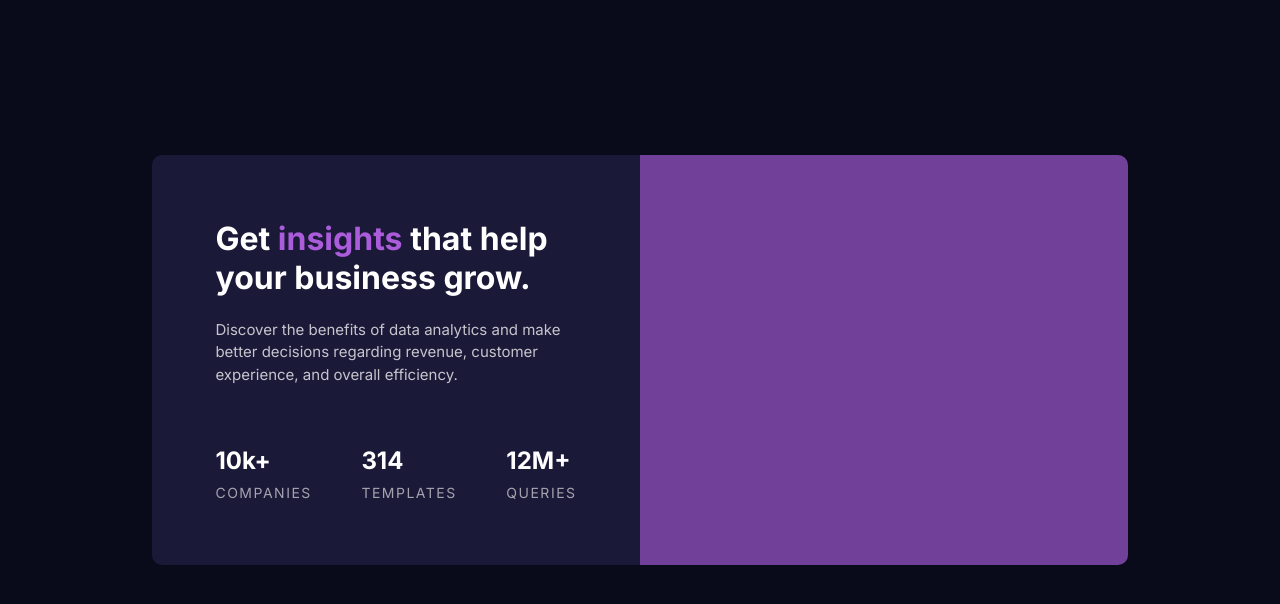
Repository: keisewarsame/stats-preview-frontendmentor
Page: index.html
The author's editor kept a copy of each file at every save. The page is drawn from the files as they stood at one save, then again after a run of saves.
The browser window is 1280 px wide. The pictures show the whole page.

Above is the page before, as saved 2022-07-12 14:30:45.

### index.html
<!DOCTYPE html>
<html lang="en">
<head>
  <meta charset="UTF-8">
  <meta name="viewport" content="width=device-width, initial-scale=1.0"> <!-- displays site properly based on user's device -->
  <link rel="icon" type="image/png" sizes="32x32" href="./images/favicon-32x32.png">
  <link rel="stylesheet" href="styles.css">
  <title>Frontend Mentor | Stats preview card component</title>
</head>
<body>
    <div class="container">
        <div class="wrapper">
            <div class="text-component">
                <h1 class="title">Get <span>insights</span> that help your business grow.</h1>
                <p class="subtitle">Discover the benefits of data analytics and make better decisions regarding revenue, customer experience, and overall efficiency.</p>
                <div class="stats-component">
                    <div>
                        <p class="num">10k+</p>
                        <p class="stats-sub">Companies</p>
                    </div>
                    <div>
                        <p class="num">314</p>
                        <p class="stats-sub">Templates</p>
                    </div>
                    <div>
                        <p class="num">12M+</p>
                        <p class="stats-sub">Queries</p>
                    </div>
                </div>
            </div>
            <div class="image-component">
                <!-- <img src="/images/image-header-desktop.jpg" alt=""> -->
            </div>
        </div>
    </div>
</body>
</html>

### styles.css
@import url('https://fonts.googleapis.com/css2?family=Inter:wght@400;700&family=Lexend+Deca&display=swap');

* {
    margin: 0;
    padding: 0;
}

body {
    font-family: 'Inter', sans-serif;
    display: flex;
    align-items: center;
    min-height: 100vh;
    background-color: hsl(233, 47%, 7%);
}

.container {
    margin: 0 auto;
    max-width: 1040px;
}

.wrapper {
    background-color: hsl(244, 38%, 16%);
    display: grid;
    grid-template-columns: 1fr 1fr;
    border-radius: 10px;
    overflow: hidden;
    margin: 2rem;
}

.text-component {
    padding: 13%;
    font-family: 'Inter', sans-serif;
}

.title {
    color: hsl(0, 0%, 100%);
    padding-bottom: 22px;
    font-weight: 700;
}

.title span {
    color: hsl(277, 64%, 61%)
}

.subtitle {
    color: hsla(0, 0%, 100%, 0.75);
    line-height: 1.5;
    font-size: 15px;
}

.stats-component {
    display: flex;
    justify-content: space-between;
    padding-top: 60px;
}

.num {
    color: hsl(0, 0%, 100%);
    font-weight: 700;
    font-size: 24px;
    margin-bottom: 9px
}

.stats-sub {
    text-transform: uppercase;
    color: hsla(0, 0%, 100%, 0.6);
    font-size: 14px;
    letter-spacing: 1.5px;
}



.image-component {
    position: relative;
    back
}

img {
    height: 100%;
    width: 100%;
}

.image-component::after {
    position: absolute;
    content: '';
    height: 100%;
    width: 100%;
    top: 0;
    right: 0;
    background-color: hsla(277, 64%, 61%, 0.6);;
}

@media screen and (max-width: 425px) {
    body {
        text-align: center;
    }
    .wrapper {
        grid-template-columns: 1fr;
    }

    .image-component {
        order: -1;
    }

    .stats-component {
        flex-direction: column;
    }

    .text-component {
        padding: 12% 8%;
    }

    .title {
        line-height: 1.1;
    }

    .stats-component div {
        margin-bottom: 40px;
    }

    .subtitle {
        font-size: 16px;
        font-family: ;
    }
}

After the next 3 saves:
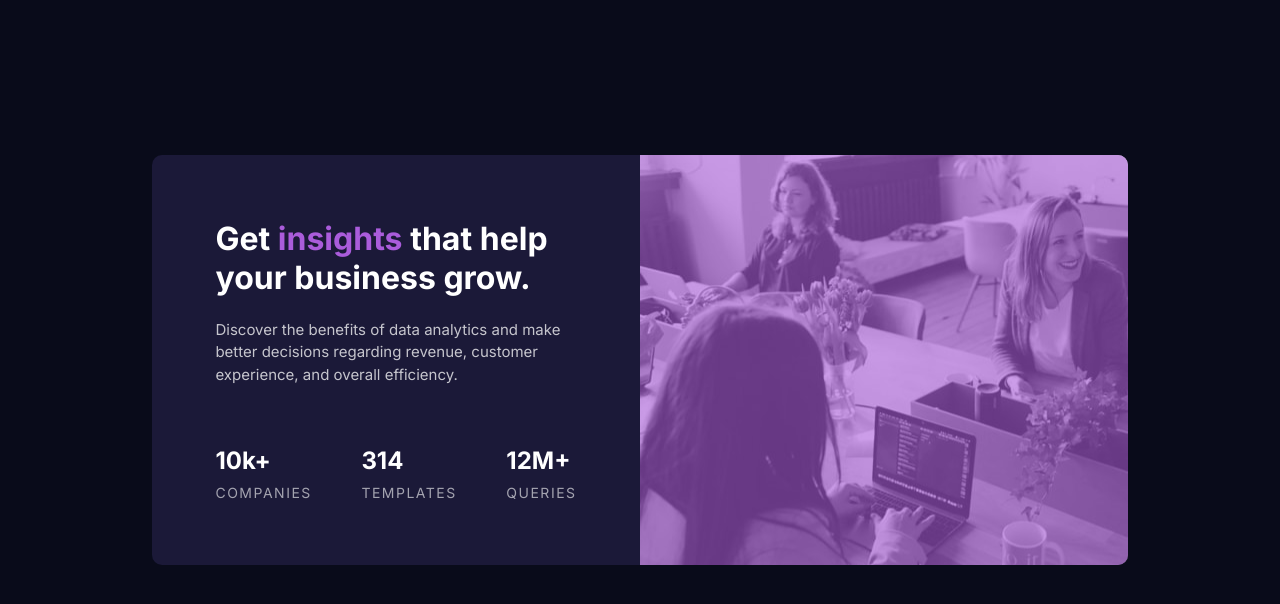
The 3 saves are shown as one change because they came seconds apart.
The last was saved 9 s later.
--- a/styles.css
+++ b/styles.css
@@ -72,7 +72,7 @@ body {
 
 .image-component {
     position: relative;
-    back
+    background: url(/images/image-header-desktop.jpg);
 }
 
 img {
